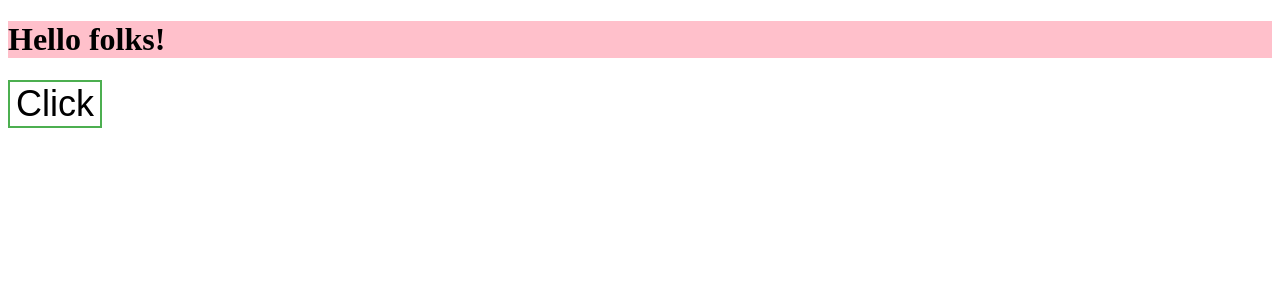
Repository: aakriti-tech/GlobalLogic
Page: Akki/WebContent/index.html
The author's editor kept a copy of each file at every save. The page is drawn from the files as they stood at one save, then again after the next save.
The browser window is 1280 px wide. The pictures show the whole page.

Above is the page before, as saved 2022-08-01 05:46:41.

### Akki/WebContent/index.html
<!DOCTYPE html>
<html>
<head>
<meta charset="ISO-8859-1">
<title>First Web App</title>
<style>
.button1 {
  background-color: white;
  color: black;
  border: 2px solid #4CAF50;
  font-size: 36px;
}

.button1:hover {
  background-color: #4CAF50;
  color: white;
}</style>
</head>
<body>

<h1 style="background-color: pink">Hello folks!</h1>
<button class="button button1">Click</button>

</body>
</html>

After the next save:
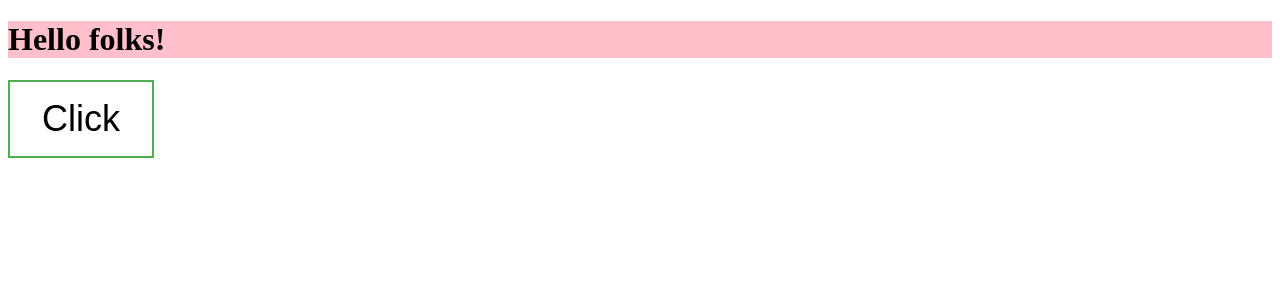
Saved 50 s later.
--- a/Akki/WebContent/index.html
+++ b/Akki/WebContent/index.html
@@ -9,6 +9,8 @@
   color: black;
   border: 2px solid #4CAF50;
   font-size: 36px;
+  padding: 16px 32px;
+  text-align: center;
 }
 
 .button1:hover {
